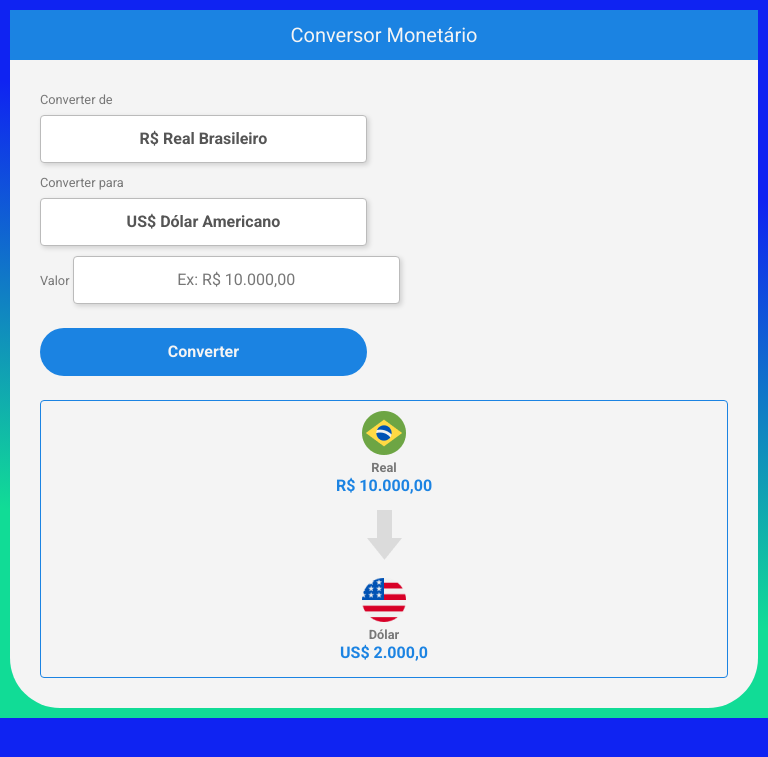
Repository: isayrous/coin-converter
Page: index.html
These files come from the project's save history. The page is drawn as it stood at one moment and after the next save; the edit follows.
The browser window is 768 px wide. The pictures show the whole page.

Above is the page before, as saved 2022-11-02 23:45:49.

After the next save:
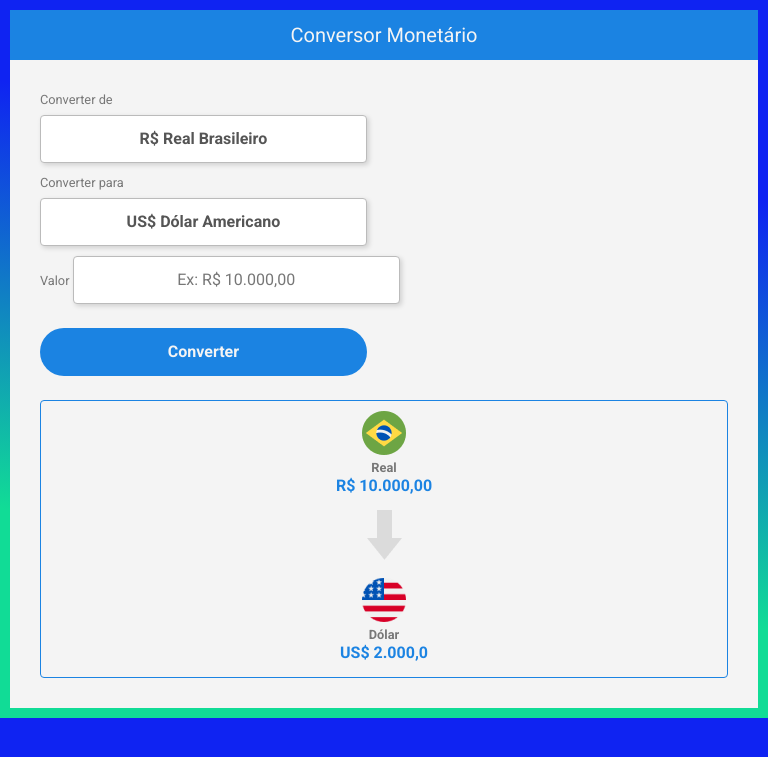
Saved 92 s later.
--- a/style.css
+++ b/style.css
@@ -134,7 +134,6 @@ input::placeholder{color: #777777;
     .container {
         height: 100%;
         width: 100%;
-        border-radius: 50px;
     }
 
     header {
